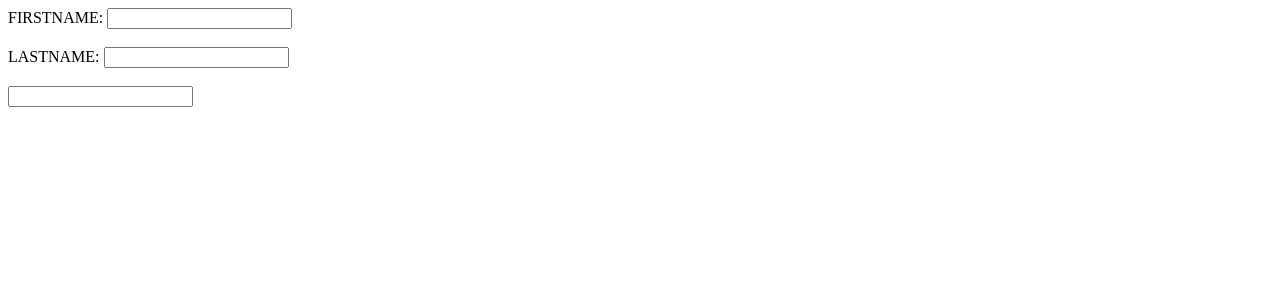
Repository: nikhilbad7/jsp-practicals
Page: servletdemo/WebContent/student-form.html
The author's editor kept a copy of each file at every save. The page is drawn from the files as they stood at one save, then again after the next save.
The browser window is 1280 px wide. The pictures show the whole page.

Above is the page before, as saved 2018-04-07 13:01:26.

After the next save:
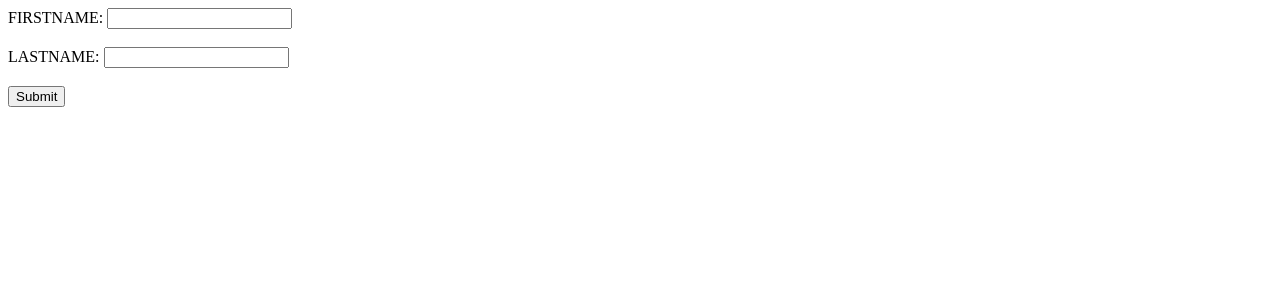
Saved 21 s later.
--- a/servletdemo/WebContent/student-form.html
+++ b/servletdemo/WebContent/student-form.html
@@ -5,7 +5,7 @@
 		<br/><br/>
 		LASTNAME:  <input type="text" name="lastname"/>
 		<br/><br/>
-		<input type="submit value="Submit" />
+		<input type="submit" value="Submit" />
 	</form>
 </body>
 </html>
